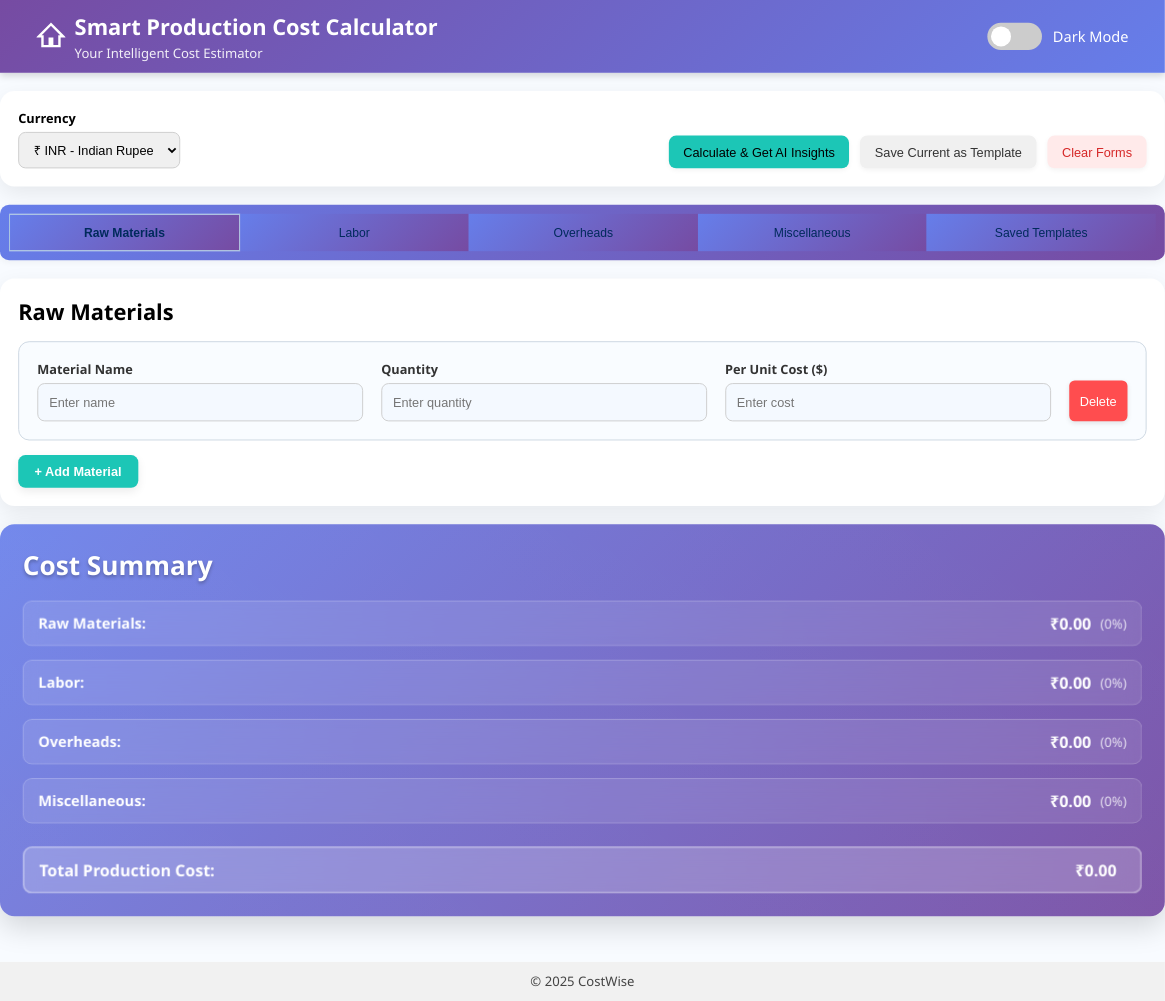
Repository: syntaxion25/COSTWISE
Page: index.html
The author's editor kept a copy of each file at every save. The page is drawn from the files as they stood at one save, then again after the next save.
The browser window is 1280 px wide. The pictures show the whole page, at 91% of full size.

Above is the page before, as saved 2025-06-13 19:33:33.
Console error: ReferenceError: savedTemplates is not defined

After the next save:
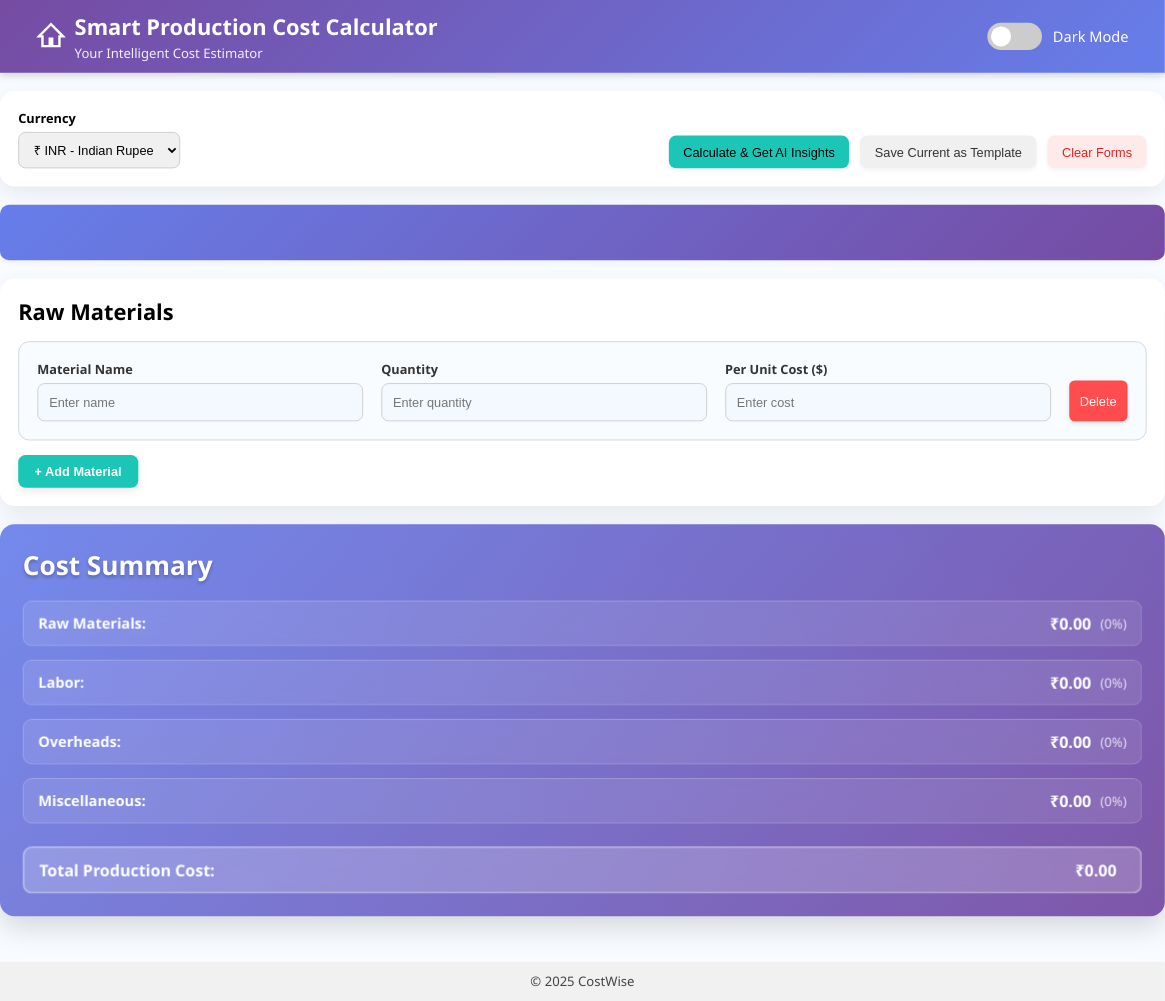
Saved 48 s later.
--- a/style.css
+++ b/style.css
@@ -275,6 +275,7 @@ svg {
   transition: background-color 0.3s, font-weight 0.3s;
   white-space: nowrap;
   border : none;
+  opacity: 0%;
 }
 
 .tab:hover {
